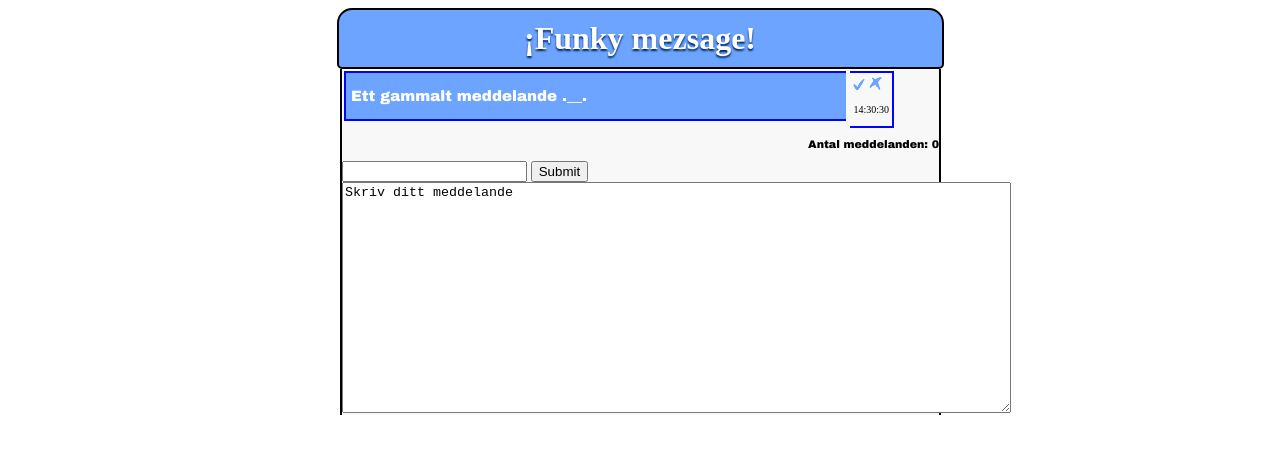
Repository: sk222sw/1dv403-laborationer
Page: 2-labbymezzage/index.html
The author's editor kept a record of every edit. The page is drawn from the files as they stood at one moment, then again after the next edit.
The browser window is 1280 px wide. The pictures show the whole page.

Above is the page before.

After the next edit:
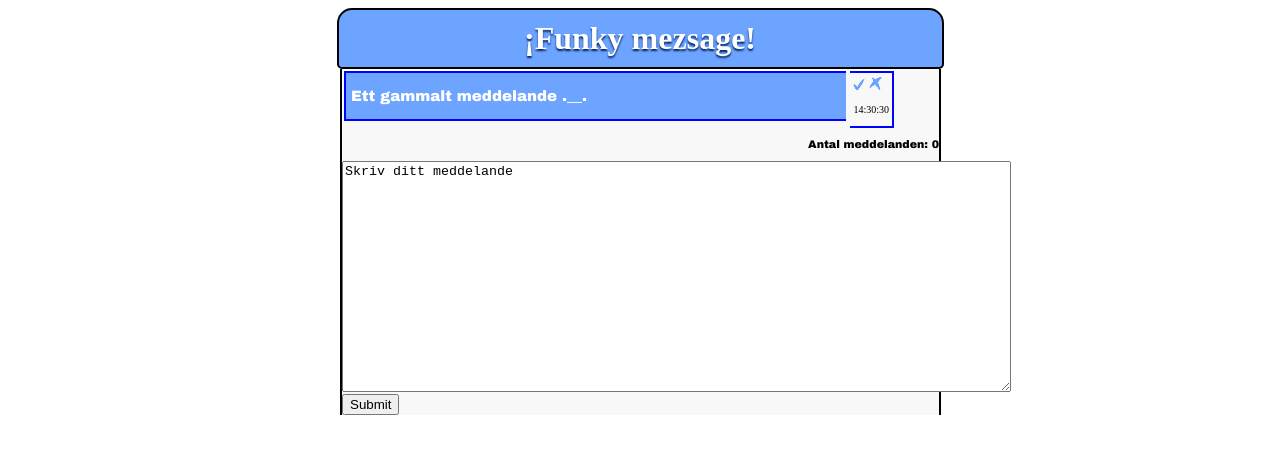
The edit:
--- a/2-labbymezzage/index.html
+++ b/2-labbymezzage/index.html
@@ -33,9 +33,8 @@
                     <section id="newTextSection">
                         <p id="messageCounter">Antal meddelanden: 0</p>
                         <form>
-                            <input type="text" name=""/>
-                            <input type="submit" value="Submit"/>
-                            <textarea id="newMsg" name="textarea" rows="15" cols="81">Skriv ditt meddelande</textarea>
+                            <textarea id="textarea" name="textarea" rows="15" cols="81">Skriv ditt meddelande</textarea>
+                            <input type="submit" value="Submit" id="submit" />
                         </form>
                     </section>
                 </section>
